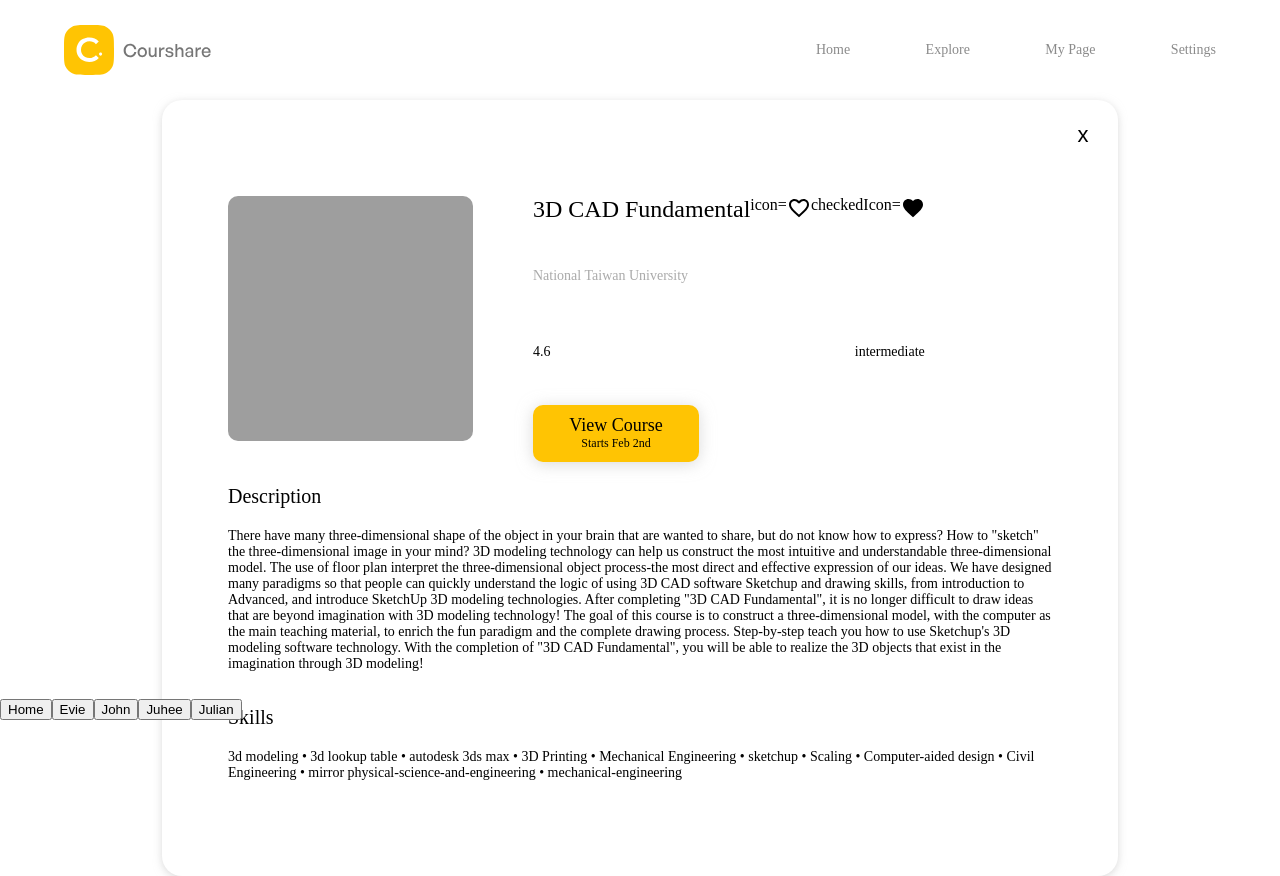
Repository: julianm09/courshare-app
Page: /comps/juhee
The author's editor kept a copy of each file at every save. The page is drawn from the files as they stood at one save, then again after the next save.
The browser window is 1280 px wide. The pictures show the whole page.
Pictures or frames that could not be fetched are drawn as grey boxes. The project was rebuilt for these pictures with package versions that can differ from the ones it lists, and the page was loaded fresh each time. The framework's server and built-in components were replaced by stand-ins that run in the browser. Also part of the build but not shown: next.config.js.

Above is the page before, as saved 2022-02-07 14:50:11.

### pages/_app.js
import "../styles/globals.css";
import styled from "styled-components";
import { useRouter } from "next/router";
import Navbar from "@/components/Navbar";

function MyApp({ Component, pageProps }) {
  const r = useRouter();
  return (
    <>
    <Navbar/>
      <Component {...pageProps} />

      <BotNav>
        <button onClick={() => r.push("/")}>Home</button>
        <button onClick={() => r.push("/comps/evie")}>Evie</button>
        <button onClick={() => r.push("/comps/john")}>John</button>
        <button onClick={() => r.push("/comps/juhee")}>Juhee</button>
        <button onClick={() => r.push("/comps/julian")}>Julian</button>
      </BotNav>
    </>
  );
}

const BotNav = styled.div`
  position: fixed;
  bottom: 0px;
`;

export default MyApp;

### pages/comps/juhee.js
import styled from "styled-components";
import CourseDetailCard from "@/components/CourseDetailCard";

export default function Juhee() {
  return (
    <Cont>
      {/* make components here */}
      <CourseDetailCard></CourseDetailCard>
    </Cont>
  );
}

const Cont = styled.div`
  display: flex;
  align-items: center;
  flex-direction: column;
  width: 100%;
`;

### styles/globals.css
@import url("general-sans.css");

html,
body {
  padding: 0;
  margin: 0;
  font-family: -apple-system, BlinkMacSystemFont, Segoe UI, Roboto, Oxygen,
    Ubuntu, Cantarell, Fira Sans, Droid Sans, Helvetica Neue, sans-serif;
}

a {
  color: inherit;
  text-decoration: none;
}

* {
  box-sizing: border-box;
}

### components/Navbar.js
import styled from "styled-components";
import { useState } from "react";
import { useRouter } from "next/router";

export default function Navbar({}) {
  const r = useRouter();

  const [menu, setMenu] = useState(false);

  const handleLink = (t) => {
    setMenu(false);
    r.push(t);
  };

  return (
    <NavbarUI>
      <Logo
        src="/logo.svg"
        selected={r.pathname == "/"}
        onClick={() => handleLink("/")}
      ></Logo>
      <Navigation>
        <LinkUI selected={r.pathname == "/"} onClick={() => handleLink("/")}>
          Home
        </LinkUI>
        <LinkUI
          selected={r.pathname == "/explore"}
          onClick={() => handleLink("/explore")}
        >
          Explore
        </LinkUI>
        <LinkUI
          selected={r.pathname == "/mypage"}
          onClick={() => handleLink("/mypage")}
        >
          My Page
        </LinkUI>
        <LinkUI
          selected={r.pathname == "/settings"}
          onClick={() => handleLink("/settings")}
        >
          Settings
        </LinkUI>
      </Navigation>
      <MenuIcon
        src={menu ? "/icons/close.svg" : "/icons/menu.svg"}
        onClick={() => setMenu(!menu)}
      />
      {menu ? (
        <MobileMenu>
          <LinkUI selected={r.pathname == "/"} onClick={() => handleLink("/")}>
            Home
          </LinkUI>
          <LinkUI
            selected={r.pathname == "/explore"}
            onClick={() => handleLink("/explore")}
          >
            Explore
          </LinkUI>
          <LinkUI
            selected={r.pathname == "/mypage"}
            onClick={() => handleLink("/mypage")}
          >
            My Page
          </LinkUI>
          <LinkUI
            selected={r.pathname == "/settings"}
            onClick={() => handleLink("/settings")}
          >
            Settings
          </LinkUI>
        </MobileMenu>
      ) : (
        <></>
      )}
    </NavbarUI>
  );
}

const NavbarUI = styled.div`
  width: 100%;
  padding: 0 5%;
  height: 100px;
  display: flex;
  align-items: center;
  justify-content: space-between;

  -webkit-touch-callout: none; /* iOS Safari */
  -webkit-user-select: none; /* Safari */
  -khtml-user-select: none; /* Konqueror HTML */
  -moz-user-select: none; /* Old versions of Firefox */
  -ms-user-select: none; /* Internet Explorer/Edge */
  user-select: none; /* Non-prefixed version, currently supported by Chrome, Edge, Opera and Firefox */
`;

const Logo = styled.img`
  cursor: pointer;
`;

const Navigation = styled.div`
  display: flex;
  justify-content: space-between;
  width: 400px;
  @media (max-width: 1000px) {
    display: none;
  }
`;

const LinkUI = styled.div`
  cursor: pointer;
  font-family: General Sans;
  font-style: normal;
  font-size: 14px;
  line-height: 24px;
  color: #8b8b8b;
  color: ${(props) => (props.selected ? "#595959" : "#8B8B8B")};
  font-weight: ${(props) => (props.selected ? "500" : "400")};
`;

const MenuIcon = styled.img`
  cursor: pointer;
  display: none;
  @media (max-width: 1000px) {
    display: flex;
  }
`;

const MobileMenu = styled.div`
  cursor: pointer;
  display: flex;
  position: absolute;
  height: 200px;
  flex-direction: column;
  justify-content: space-between;
  align-items: flex-end;
  top: 100px;
  width: 90%;
  @media (min-width: 1000px) {
    display: none;
  }
`;

### components/CourseDetailCard.js
import styled from "styled-components";
import { useState } from "react";
import Favorite from "@mui/icons-material/Favorite";
import FavoriteBorder from "@mui/icons-material/FavoriteBorder";
import RegisterButton from "../components/RegisterButton";

const BigCont = styled.div`
  display: flex;
  flex-direction: column;
  width: 956px;
  height: 776px;
  background-color: #ffffff;
  box-shadow: 0px 2px 8px 0px rgba(185, 185, 185, 0.52);
  border-radius: 20px;
  font-family: General Sans;
`;
const ButtonCont = styled.div`
  display: flex;
  justify-content: flex-end;
  margin-right: 20px;
  margin-top: 20px;
`;
const XButton = styled.button`
  border: none;
  background-color: #fff;
  border-radius: 20px;
  width: 30px;
  height: 30px;
  color: #000;
  font-size: 22px;
`;
const ContentCont = styled.div`
  display: flex;
  flex-direction: column;
  justify-content: space-between;
  padding: 46px 66px 66px 66px;
`;
const FristCont = styled.div`
  display: flex;
  flex-direction: row;
`;
const LeftCont = styled.div``;

const Img = styled.img`
  width: 245px;
  height: 245px;
  border-radius: 10px;
`;
const Heading1 = styled.p`
  font-size: 24px;
  margin: 0;
  font-weight: 500;
`;

const GreyText = styled.p`
  color: #aaaaaa;
  font-size: 14px;
`;
const RightCont = styled.div`
  height: 245px;
  margin-left: 60px;
  display: flex;
  flex-direction: column;
  align-items: space-between;
`;
const RightSmallCont = styled.div`
  display: flex;
  flex-direction: row;
  justify-content: space-between;
  margin-bottom: 8%;
`;
const SecondCont = styled.div`
  margin-top: 20px;
`;
const Heading2 = styled.p`
  font-size: 20px;
  font-weight: 500;
`;
const Desc = styled.p`
  font-size: 14px;
`;
const ThirdCont = styled.div``;

export default function CourseDetailCard({
  name = "3D  CAD Fundamental",
  school = "National Taiwan University",
  rating = 4.6,
  difficulty = "intermediate",
  description = "",
  skills = "",
}) {
  return (
    <BigCont>
      <ButtonCont>
        <XButton>x</XButton>
      </ButtonCont>
      <ContentCont>
        <FristCont>
          <LeftCont>
            <Img src="https://images.unsplash.com/photo-1600869009498-8d429f88d4f5?ixlib=rb-1.2.1&ixid=MnwxMjA3fDB8MHxwaG90by1wYWdlfHx8fGVufDB8fHx8&auto=format&fit=crop&w=2340&q=80" />
          </LeftCont>
          <RightCont>
            <RightSmallCont>
              <Heading1>{name}</Heading1>
              icon={<FavoriteBorder />}
              checkedIcon={<Favorite />}
            </RightSmallCont>
            <RightSmallCont>
              <GreyText>{school}</GreyText>
            </RightSmallCont>
            <RightSmallCont>
              <Desc>{rating}</Desc>
              <Desc>{difficulty}</Desc>
            </RightSmallCont>
            <RightSmallCont>
              <RegisterButton />
            </RightSmallCont>
          </RightCont>
        </FristCont>
        <SecondCont>
          <Heading2>Description</Heading2>
          <Desc>
            There have many three-dimensional shape of the object in your brain
            that are wanted to share, but do not know how to express? How to
            "sketch" the three-dimensional image in your mind? 3D modeling
            technology can help us construct the most intuitive and
            understandable three-dimensional model. The use of floor plan
            interpret the three-dimensional object process-the most direct and
            effective expression of our ideas. We have designed many paradigms
            so that people can quickly understand the logic of using 3D CAD
            software Sketchup and drawing skills, from introduction to Advanced,
            and introduce SketchUp 3D modeling technologies. After completing
            "3D CAD Fundamental", it is no longer difficult to draw ideas that
            are beyond imagination with 3D modeling technology! The goal of this
            course is to construct a three-dimensional model, with the computer
            as the main teaching material, to enrich the fun paradigm and the
            complete drawing process. Step-by-step teach you how to use
            Sketchup's 3D modeling software technology. With the completion of
            "3D CAD Fundamental", you will be able to realize the 3D objects
            that exist in the imagination through 3D modeling!
          </Desc>
        </SecondCont>
        <ThirdCont>
          <Heading2>Skills</Heading2>
          <Desc>
            3d modeling • 3d lookup table • autodesk 3ds max • 3D Printing •
            Mechanical Engineering • sketchup • Scaling • Computer-aided design
            • Civil Engineering • mirror physical-science-and-engineering •
            mechanical-engineering
          </Desc>
        </ThirdCont>
      </ContentCont>
    </BigCont>
  );
}

### styles/general-sans.css
/**
 * @license
 *
 * Font Family: General Sans
 * Designed by: Frode Helland
 * URL: https://www.fontshare.com/fonts/general-sans
 * © 2021 Indian Type Foundry
 *
 * Font Styles:
 * General Sans Variable(Variable font)
 * General Sans Variable Italic(Variable font)
 * General Sans Extralight
 * General Sans Extralight Italic
 * General Sans Light
 * General Sans Light Italic
 * General Sans Regular
 * General Sans Italic
 * General Sans Medium
 * General Sans Medium Italic
 * General Sans Semibold
 * General Sans Semibold Italic
 * General Sans Bold
 * General Sans Bold Italic
 *
*/


/**
* This is a variable font
* You can controll variable axes as shown below:
* font-variation-settings: 'wght' 700.0;
*
* available axes:

* 'wght' (range from 200.0 to 700.0)

*/

@font-face {
  font-family: 'GeneralSans-Variable';
  src: url('../fonts/GeneralSans-Variable.woff2') format('woff2'),
       url('../fonts/GeneralSans-Variable.woff') format('woff'),
       url('../fonts/GeneralSans-Variable.ttf') format('truetype');
       font-weight: 200 700;
       font-display: swap;
       font-style: normal;
}


/**
* This is a variable font
* You can controll variable axes as shown below:
* font-variation-settings: 'wght' 700.0;
*
* available axes:

* 'wght' (range from 200.0 to 700.0)

*/

@font-face {
  font-family: 'GeneralSans-VariableItalic';
  src: url('../fonts/GeneralSans-VariableItalic.woff2') format('woff2'),
       url('../fonts/GeneralSans-VariableItalic.woff') format('woff'),
       url('../fonts/GeneralSans-VariableItalic.ttf') format('truetype');
       font-weight: 200 700;
       font-display: swap;
       font-style: italic;
}


@font-face {
  font-family: 'GeneralSans-Extralight';
  src: url('../fonts/GeneralSans-Extralight.woff2') format('woff2'),
       url('../fonts/GeneralSans-Extralight.woff') format('woff'),
       url('../fonts/GeneralSans-Extralight.ttf') format('truetype');
       font-weight: 200;
       font-display: swap;
       font-style: normal;
}


@font-face {
  font-family: 'GeneralSans-ExtralightItalic';
  src: url('../fonts/GeneralSans-ExtralightItalic.woff2') format('woff2'),
       url('../fonts/GeneralSans-ExtralightItalic.woff') format('woff'),
       url('../fonts/GeneralSans-ExtralightItalic.ttf') format('truetype');
       font-weight: 200;
       font-display: swap;
       font-style: italic;
}


@font-face {
  font-family: 'GeneralSans-Light';
  src: url('../fonts/GeneralSans-Light.woff2') format('woff2'),
       url('../fonts/GeneralSans-Light.woff') format('woff'),
       url('../fonts/GeneralSans-Light.ttf') format('truetype');
       font-weight: 300;
       font-display: swap;
       font-style: normal;
}


@font-face {
  font-family: 'GeneralSans-LightItalic';
  src: url('../fonts/GeneralSans-LightItalic.woff2') format('woff2'),
       url('../fonts/GeneralSans-LightItalic.woff') format('woff'),
       url('../fonts/GeneralSans-LightItalic.ttf') format('truetype');
       font-weight: 300;
       font-display: swap;
       font-style: italic;
}


@font-face {
  font-family: 'GeneralSans-Regular';
  src: url('../fonts/GeneralSans-Regular.woff2') format('woff2'),
       url('../fonts/GeneralSans-Regular.woff') format('woff'),
       url('../fonts/GeneralSans-Regular.ttf') format('truetype');
       font-weight: 400;
       font-display: swap;
       font-style: normal;
}


@font-face {
  font-family: 'GeneralSans-Italic';
  src: url('../fonts/GeneralSans-Italic.woff2') format('woff2'),
       url('../fonts/GeneralSans-Italic.woff') format('woff'),
       url('../fonts/GeneralSans-Italic.ttf') format('truetype');
       font-weight: 400;
       font-display: swap;
       font-style: italic;
}


@font-face {
  font-family: 'GeneralSans-Medium';
  src: url('../fonts/GeneralSans-Medium.woff2') format('woff2'),
       url('../fonts/GeneralSans-Medium.woff') format('woff'),
       url('../fonts/GeneralSans-Medium.ttf') format('truetype');
       font-weight: 500;
       font-display: swap;
       font-style: normal;
}


@font-face {
  font-family: 'GeneralSans-MediumItalic';
  src: url('../fonts/GeneralSans-MediumItalic.woff2') format('woff2'),
       url('../fonts/GeneralSans-MediumItalic.woff') format('woff'),
       url('../fonts/GeneralSans-MediumItalic.ttf') format('truetype');
       font-weight: 500;
       font-display: swap;
       font-style: italic;
}


@font-face {
  font-family: 'GeneralSans-Semibold';
  src: url('../fonts/GeneralSans-Semibold.woff2') format('woff2'),
       url('../fonts/GeneralSans-Semibold.woff') format('woff'),
       url('../fonts/GeneralSans-Semibold.ttf') format('truetype');
       font-weight: 600;
       font-display: swap;
       font-style: normal;
}


@font-face {
  font-family: 'GeneralSans-SemiboldItalic';
  src: url('../fonts/GeneralSans-SemiboldItalic.woff2') format('woff2'),
       url('../fonts/GeneralSans-SemiboldItalic.woff') format('woff'),
       url('../fonts/GeneralSans-SemiboldItalic.ttf') format('truetype');
       font-weight: 600;
       font-display: swap;
       font-style: italic;
}


@font-face {
  font-family: 'GeneralSans-Bold';
  src: url('../fonts/GeneralSans-Bold.woff2') format('woff2'),
       url('../fonts/GeneralSans-Bold.woff') format('woff'),
       url('../fonts/GeneralSans-Bold.ttf') format('truetype');
       font-weight: 700;
       font-display: swap;
       font-style: normal;
}


@font-face {
  font-family: 'GeneralSans-BoldItalic';
  src: url('../fonts/GeneralSans-BoldItalic.woff2') format('woff2'),
       url('../fonts/GeneralSans-BoldItalic.woff') format('woff'),
       url('../fonts/GeneralSans-BoldItalic.ttf') format('truetype');
       font-weight: 700;
       font-display: swap;
       font-style: italic;
}

### components/RegisterButton.js
import styled from "styled-components";

const RegisterBtn = styled.button`
  width: 166px;
  height: 57px;
  background-color: ${(props) => props.background};
  color: #000000;
  filter: drop-shadow(0px 2px 8px rgba(185, 185, 185, 0.52));
  border-radius: 10px;
  border: none;
  display: flex;
  flex-direction: column;
  justify-content: center;
  align-items: center;
`;
const Header = styled.div`
  font-family: General Sans;
  font-style: normal;
  font-weight: 500;
  font-size: 18px;
  color: #000000;
  margin-left: auto;
  margin-right: auto;
`;

const Text = styled.div`
font-family: General Sans;
font-style: normal;
font-weight: normal;
font-size: 12px;
color: #000000;
margin-left: auto;
margin-right: auto;

}
`;

const RegisterButton = ({
  text = "View Course",
  data = "Starts Feb 2nd",
  background = "#FFC403",
}) => {
  return (
    <RegisterBtn background={background}>
      <Header>{text}</Header>
      <Text>{data}</Text>
    </RegisterBtn>
  );
};

export default RegisterButton;

Loaded but not shown: pages/_document.js (common file)

After the next save:
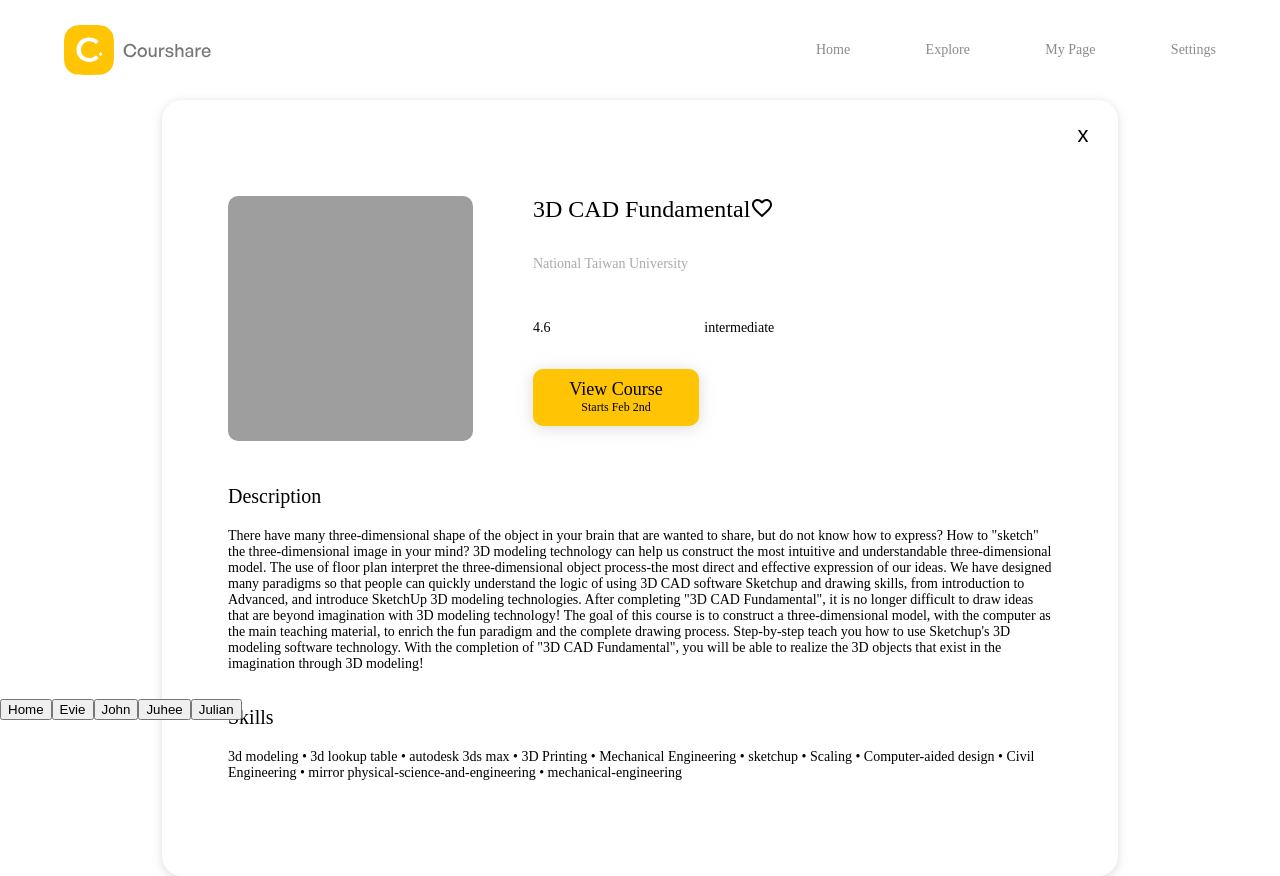
Saved 88 s later.
--- a/components/CourseDetailCard.js
+++ b/components/CourseDetailCard.js
@@ -102,8 +102,7 @@ export default function CourseDetailCard({
           <RightCont>
             <RightSmallCont>
               <Heading1>{name}</Heading1>
-              icon={<FavoriteBorder />}
-              checkedIcon={<Favorite />}
+              <FavoriteBorder />
             </RightSmallCont>
             <RightSmallCont>
               <GreyText>{school}</GreyText>
